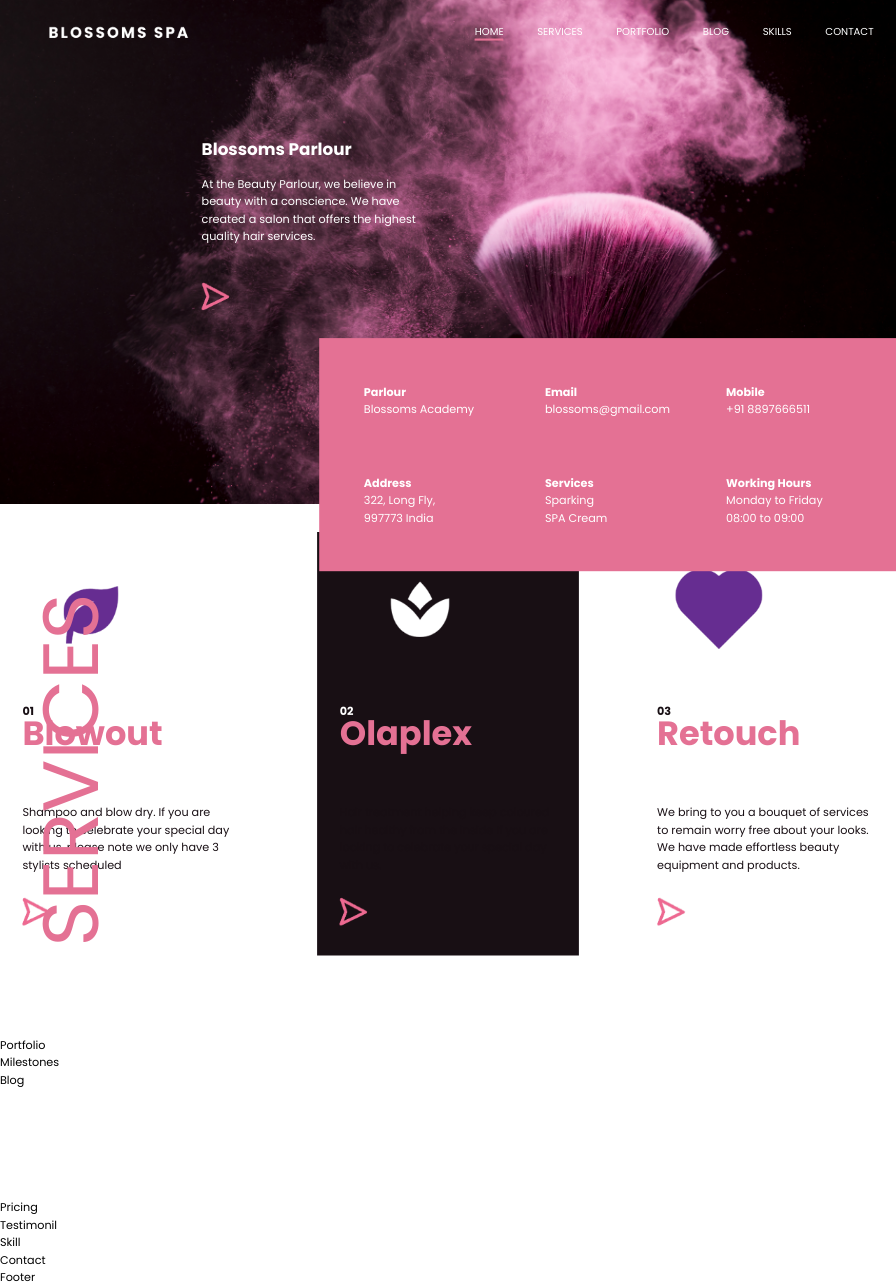
Repository: OmniaRafat232111121/animateSalon
Page: /
The author's editor kept a copy of each file at every save. The page is drawn from the files as they stood at one save, then again after a run of saves.
The browser window is 1280 px wide. The pictures show the whole page, at 70% of full size.
The project was rebuilt for these pictures with package versions that can differ from the ones it lists, and the page was loaded fresh each time. Also part of the build but not shown: src/components/ScrollTop.jsx.

Above is the page before, as saved 2022-07-26 03:23:54.

### src/index.css
@import url("https://fonts.googleapis.com/css2?family=Poppins:wght@100;200;300;400;500;600;700;800&display=swap");
:root {
  --primary-color: #180f14;
  --secondary-color: #e47194;
  --font-family: "Poppins", sans-serif;
}

* {
  margin: 0;
  padding: 0;
  box-sizing: border-box;
}

html {
  scroll-behavior: smooth;
  height: 100%;
  overflow-x: hidden;
}

body {
  overflow-x: hidden;
}

body,
button {
  font-family: var(--font-family);
}

::-webkit-scrollbar {
  background-color: var(--primary-color);
  width: 0.3rem;
}

::-webkit-scrollbar-thumb {
  background-color: var(--secondary-color);
}

@media screen and (min-width: 280px) and (max-width: 1080px) {
  body::-webkit-scrollbar {
    display: none;
  }
}

### src/App.js
import React from 'react'
import Blog from './components/Blog'
import Contact from './components/Contact'
import Footer from './components/Footer'
import Home from './components/Home'
import Milestones from './components/Milestones'
import Portfolio from './components/Portfolio'
import Pricing from './components/Pricing'
import ScrollTop from './components/ScrollTop'
import Services from './components/Services'
import Skill from './components/Skill'
import Testimonil from './components/Testimonil'

const App = () => {
  return (
 <>

 <Home/>
 <Services/>
 <Portfolio/>
 <Milestones/>
 <Blog/>
 <video/>
 <Pricing/>
 <Testimonil/>
 <Skill/>
 <Contact/>
 <Footer/>
 </>
  )
}

export default App

### src/components/Home.jsx
import React from 'react'
import styled from "styled-components"
import home from "../assets/home.png";
import play from "../assets/play.png";
import Navbar from './Navbar';

const Home = () => {
  return (
  <Section id="home">
    <Navbar/>
    <div className="home">
    <div className="content">
    <div classname="title">
    <h1>Blossoms Parlour</h1>
    </div>
    <div className="subTitle">
            <p>
              At the Beauty Parlour, we believe in beauty with a conscience.
              We have created a salon that offers the highest quality hair
              services.
            </p>
          </div>
      <img src={play} alt="playButton"/>
    </div>
    </div>

    <div className="info">
    <div className="grid">
            <div className="col">
                <strong>Parlour</strong>
                <p>Blossoms Academy</p>
            </div>
            <div className="col">
                <strong>Email</strong>
                <p>blossoms@gmail.com</p>
            </div>
            <div className="col">
                <strong>Mobile</strong>
                <p>+91 8897666511</p>
            </div>
            <div className="col">
                <strong>Address</strong>
                <p>322, Long Fly,</p>
                <p>997773 India</p>
            </div>
            <div className="col">
                <strong>Services</strong>
                <p>Sparking</p>
                <p>SPA Cream</p>
            </div>
            <div className="col">
                <strong>Working Hours</strong>
                <p>Monday to Friday</p>
                <p>08:00 to 09:00</p>
            </div>
          </div>
    </div>
    </Section>
  )
}
const Section=styled.section`
  background: url(${home}) no-repeat center;
  min-height: 100vh;
  background-size: cover;
  position: relative;
  .home{
    height: 100%;
    .content {
      display: flex;
      flex-direction: column;
      align-items: flex-start;
      width: 60%;
      color: #fff;
      gap: 1.2rem;
      margin-top: 8rem;
      padding-left: 18rem;
      .title {
        h1 {
          font-size: 5rem;
          line-height: 5.3rem;
        }
      }
      .subTitle {
        p {
          width: 70%;
          margin-bottom: 2rem;
        }
      }
    }
  }
  .info {
    position: absolute;
    bottom: -6rem;
    right: 0;
    background-color: var(--secondary-color);
    padding: 4rem;
    .grid {
      display: grid;
      grid-template-columns: repeat(3, 1fr);
      gap: 5rem;
      color: #fff;
    }
  }
`;

export default Home

### src/components/Milestones.jsx
import React from 'react'

const Milestones = () => {
  return (
    <div>Milestones</div>
  )
}

export default Milestones

### src/components/Services.jsx
import React from 'react'
import styled from 'styled-components'
import service1 from "../assets/service1.png"
import service2 from "../assets/service2.png"
import service3 from "../assets/service3.png"
import play from '../assets/play.png'
import Title from './Title'

import { motion } from "framer-motion";

const Services = () => {

  const data = [
    {
      type: "Blowout",
      text: "Shampoo and blow dry. If you are looking to celebrate your special day with us, please note we only have 3 stylists scheduled",
      image: service1,
    },
    {
      type: "Olaplex",
      text: "Hair treatment helping keep coloured hair healthy from the inside If you are looking to celebrate your special day with us.",
      image: service2,
    },
    {
      type: "Retouch",
      text: "We bring to you a bouquet of services to remain worry free about your looks. We have made effortless beauty equipment and products.",
      image: service3,
    },
  ];
  return <Section id="services" >
    <Title value="services" />
    <div className="services">
        {data.map(({type,text,image},index) => {
            return (
              <motion.div className="services__service"


              transition={{
                delay: 0.03,
                type: "tween",
                duration: 0.8,
              }}
              >
                  <div className="services__service__image">
                    <img src={image} alt="Service" />
                  </div>
                  <div className="services__service__title">
                    <span>0{index + 1}</span>
                    <h2>{type}</h2>
                  </div>
                  <p className="services__service__description">{text}</p>
                  <img src={play} alt="Readmore" />
              </motion.div>
            )
          })}
    </div>
  </Section>
}


const Section = styled.section`
min-height:100vh;
.services{
  display:grid;
  grid-template-columns:repeat(3,1fr);
  gap:5rem;
  align-items:center;
  height:100%;
  margin-top:40px;

  &__service{
    padding:2rem;
    &:nth-of-type(2){
      background-color:var(--primary-color);
      .services__service__title{
        span{
          color:#fff;
        }
      }
      .services__service_description {
        color:#fff;
      }
    }
    &__image {
      margin-bottom: 3rem;
    }
    &__title {
      span {
        color: var(--primary-color);
        font-weight: bolder;
      }
      h2 {
        font-size: 3rem;
        line-height: 2.5rem;
        margin-bottom: 5rem;
        color: var(--secondary-color);
      }
    }
    &__description {
      color: var(--primary-color);
      margin-bottom: 2rem;
    }
  }
}
@media screen and (min-width: 280px) and (max-width: 1080px) {
  .services {
    margin: 2rem 0;
    grid-template-columns: 1fr;
    gap: 2rem;
    padding: 0 2rem;
  }

  }
`;

export default Services

### src/components/Testimonil.jsx
import React from 'react'

const Testimonil = () => {
  return (
    <div>Testimonil</div>
  )
}

export default Testimonil

### src/components/Navbar.jsx
import React,{useState} from 'react';
import styled from 'styled-components';
import logo from "../assets/logo.png";
import { GitHamBurgerMenu } from 'react-icons/gi'
import { MdClose } from "react-icons/md";

const Navbar = () => {
const {isNavOpen,setIsNavOpen}=useState(false);
  return (
    <Nav>
    <div className="brand__container">
    <a href="#" className='brand'>
      <img src={logo} alt="logo" />
    </a>
    </div>
    <div className="toggle"></div>

 <div className="links">
 <ul>
 <li className="active">
     <a href="#home">Home</a>
   </li>
   <li>
     <a href="#services">Services</a>
   </li>
   <li>
     <a href="#portfolio">Portfolio</a>
   </li>
   <li>
     <a href="#blog">Blog</a>
   </li>
   <li>
     <a href="#skills">Skills</a>
   </li>
   <li>
     <a href="#contact">Contact</a>
   </li>
 </ul>
 </div>
</Nav>
  )
}
const Nav = styled.nav`
  display: flex;
  justify-content: space-between;
  margin: 0 2rem;
  color: #fff;
  padding-top: 2rem;
  .brand__container {
    margin: 0 2rem;
    .toggle {
      display: none;
    }
  }
  .links {
    ul {
      list-style-type: none;
      display: flex;
      gap: 3rem;
      .active{
        a {
          border-bottom: 0.2rem solid var(--secondary-color);
        }
      }
      li {
        a {
          color: #fff;
          text-decoration: none;
          font-weight: 400;
          font-size: 0.9rem;
          text-transform: uppercase;
        }
        a:hover{
          color:var(--secondary-color);
          border-bottom:0.2rem solid #fff;
        }
      }
    }
  }
`
  export default Navbar;

### src/components/Title.jsx
import React from 'react'
import styled from "styled-components";
const Title = ({value}) => {
  return (
    <Div>
    <h1>{value}</h1>
    </Div>
  );
}
const Div =styled.nav `
position:relative;
h1{
  position:absolute;
  transform: translateX(-30%) translateY(20vw) rotate(-90deg);
  font-size: 7rem;
  text-transform: uppercase;
  color: var(--secondary-color);
  font-weight: 400;
  @media screen and (min-width: 280px) and (max-width: 1080px) {
    display: none;
  }

}
`

export default Title

Loaded but not shown: public/index.html (common file); src/index.js (common file); src/components/Blog.jsx (common file); src/components/Contact.jsx (common file); src/components/Footer.jsx (common file); src/components/Portfolio.jsx (common file); src/components/Pricing.jsx (common file); src/components/Skill.jsx (common file)

After the next 2 saves:
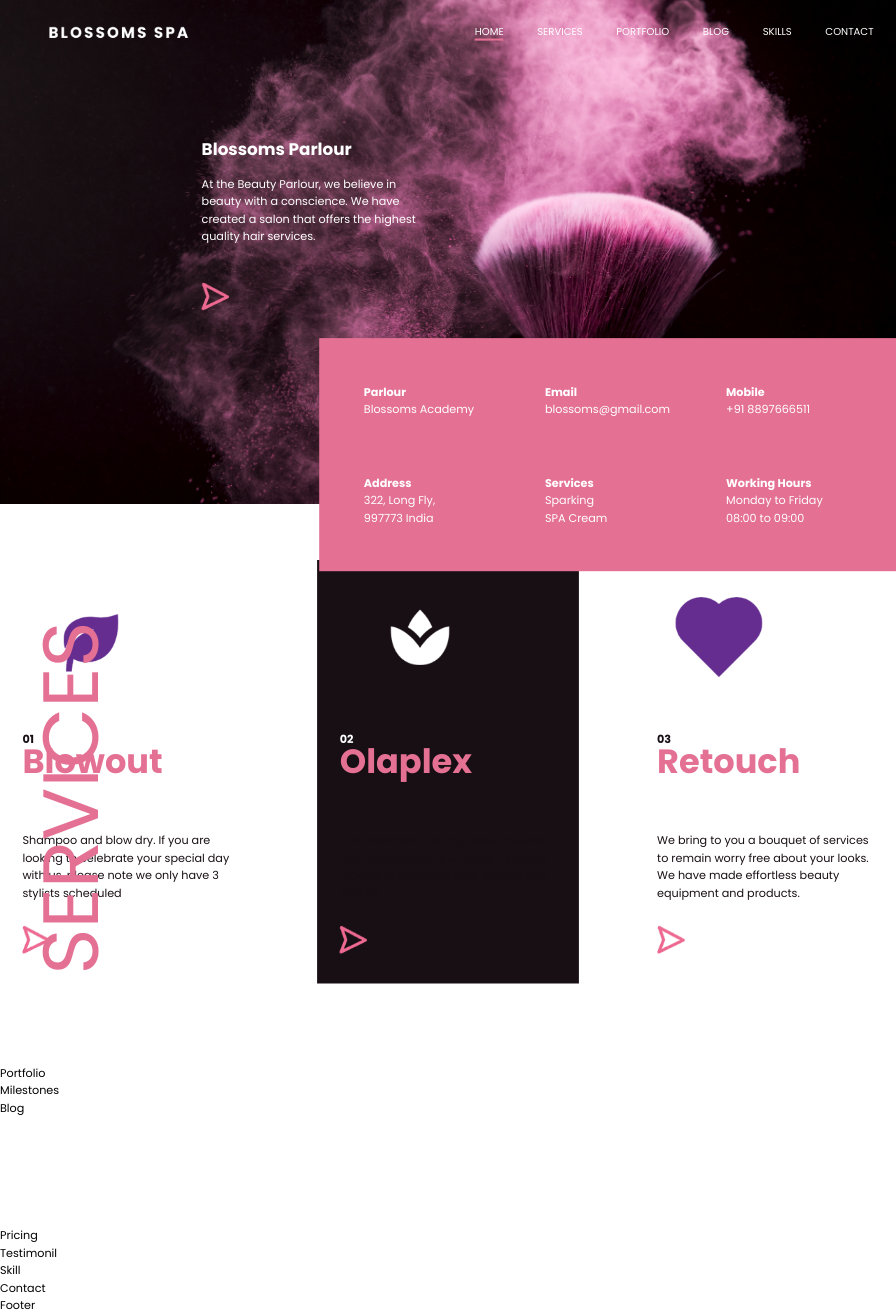
The 2 saves are shown as one change because they came seconds apart.
The last was saved 6 s later.
--- a/src/components/Services.jsx
+++ b/src/components/Services.jsx
@@ -66,7 +66,7 @@ min-height:100vh;
   gap:5rem;
   align-items:center;
   height:100%;
-  margin-top:40px;
+  margin-top:80px;
 
   &__service{
     padding:2rem;
